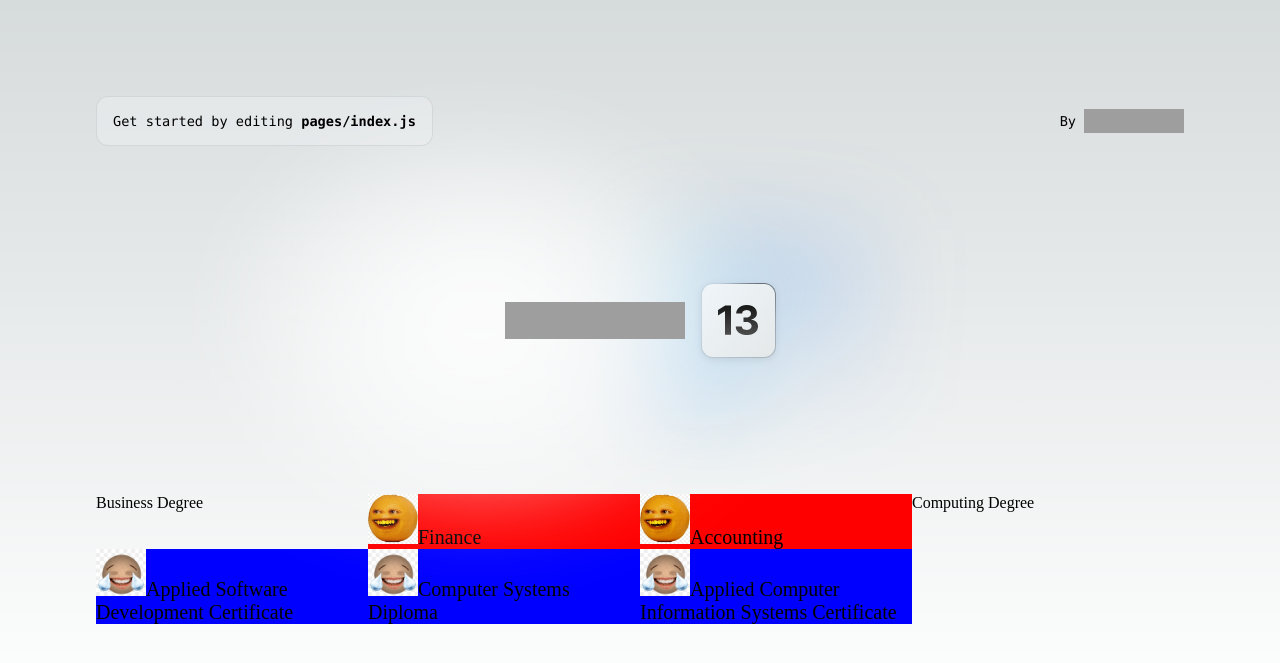
Repository: karthur1/class-example-3
Page: /
An editor plug-in stored every save of this project. The page is shown before and after the next save, followed by the edit.
The browser window is 1280 px wide. The pictures show the whole page.
Pictures or frames that could not be fetched are drawn as grey boxes. The project was rebuilt for these pictures with package versions that can differ from the ones it lists, and the page was loaded fresh each time. The framework's server and built-in components were replaced by stand-ins that run in the browser. Also part of the build but not shown: next.config.js.

Above is the page before, as saved 2023-01-16 11:31:27.

### pages/index.js
import Head from 'next/head'
import Image from 'next/image'
import { Inter } from '@next/font/google'
import styles from '@/styles/Home.module.css'
import data from '../data/education.json'
import {useState} from 'react'
import Card from '../components/Card'

const inter = Inter({ subsets: ['latin'] })

export default function Home() {

  console.log(data)
  const [information, setInformation] = useState([...data])
  console.log(information)

  return (
    <>
      <Head>
        <title>Create Next App</title>
        <meta name="description" content="Generated by create next app" />
        <meta name="viewport" content="width=device-width, initial-scale=1" />
        <link rel="icon" href="/favicon.ico" />
      </Head>
      <main className={styles.main}>
        <div className={styles.description}>
          <p>
            Get started by editing&nbsp;
            <code className={styles.code}>pages/index.js</code>
          </p>
          <div>
            <a
              href="https://vercel.com?utm_source=create-next-app&utm_medium=default-template&utm_campaign=create-next-app"
              target="_blank"
              rel="noopener noreferrer"
            >
              By{' '}
              <Image
                src="/vercel.svg"
                alt="Vercel Logo"
                className={styles.vercelLogo}
                width={100}
                height={24}
                priority
              />
            </a>
          </div>
        </div>

        <div className={styles.center}>
          <Image
            className={styles.logo}
            src="/next.svg"
            alt="Next.js Logo"
            width={180}
            height={37}
            priority
          />
          <div className={styles.thirteen}>
            <Image
              src="/thirteen.svg"
              alt="13"
              width={40}
              height={31}
              priority
            />
          </div>
        </div>

        <div className={styles.grid}>
          <div>Business Degree</div>
          {information && information.map((info, index) => {
            if(info.department === "Business") {
              return(
              <Card key={index} degree={info.degree} colour="red" font="20px"/>
            )
          }
        })}
                  <div>Computing Degree</div>
          {information && information.map((info, index) => {
            if(info.department === "Computing") {

             return(
              <Card key={index} degree={info.degree} colour="blue" font="20px"/>
             )
          }
        })}
        </div>
      </main>
    </>
  )
}

### styles/Home.module.css
.main {
  display: flex;
  flex-direction: column;
  justify-content: space-between;
  align-items: center;
  padding: 6rem;
  min-height: 100vh;
}

.description {
  display: inherit;
  justify-content: inherit;
  align-items: inherit;
  font-size: 0.85rem;
  max-width: var(--max-width);
  width: 100%;
  z-index: 2;
  font-family: var(--font-mono);
}

.description a {
  display: flex;
  justify-content: center;
  align-items: center;
  gap: 0.5rem;
}

.description p {
  position: relative;
  margin: 0;
  padding: 1rem;
  background-color: rgba(var(--callout-rgb), 0.5);
  border: 1px solid rgba(var(--callout-border-rgb), 0.3);
  border-radius: var(--border-radius);
}

.code {
  font-weight: 700;
  font-family: var(--font-mono);
}

.grid {
  display: grid;
  grid-template-columns: repeat(4, minmax(25%, auto));
  width: var(--max-width);
  max-width: 100%;
}



.card {
  padding: 1rem 1.2rem;
  border-radius: var(--border-radius);
  background: rgba(var(--card-rgb), 0);
  border: 1px solid rgba(var(--card-border-rgb), 0);
  transition: background 200ms, border 200ms;
}

.card span {
  display: inline-block;
  transition: transform 200ms;
}

.card h2 {
  font-weight: 600;
  margin-bottom: 0.7rem;
}

.card p {
  margin: 0;
  opacity: 0.6;
  font-size: 0.9rem;
  line-height: 1.5;
  max-width: 30ch;
}

.center {
  display: flex;
  justify-content: center;
  align-items: center;
  position: relative;
  padding: 4rem 0;
}

.center::before {
  background: var(--secondary-glow);
  border-radius: 50%;
  width: 480px;
  height: 360px;
  margin-left: -400px;
}

.center::after {
  background: var(--primary-glow);
  width: 240px;
  height: 180px;
  z-index: -1;
}

.center::before,
.center::after {
  content: '';
  left: 50%;
  position: absolute;
  filter: blur(45px);
  transform: translateZ(0);
}

.logo,
.thirteen {
  position: relative;
}

.thirteen {
  display: flex;
  justify-content: center;
  align-items: center;
  width: 75px;
  height: 75px;
  padding: 25px 10px;
  margin-left: 16px;
  transform: translateZ(0);
  border-radius: var(--border-radius);
  overflow: hidden;
  box-shadow: 0px 2px 8px -1px #0000001a;
}

.thirteen::before,
.thirteen::after {
  content: '';
  position: absolute;
  z-index: -1;
}

/* Conic Gradient Animation */
.thirteen::before {
  animation: 6s rotate linear infinite;
  width: 200%;
  height: 200%;
  background: var(--tile-border);
}

/* Inner Square */
.thirteen::after {
  inset: 0;
  padding: 1px;
  border-radius: var(--border-radius);
  background: linear-gradient(
    to bottom right,
    rgba(var(--tile-start-rgb), 1),
    rgba(var(--tile-end-rgb), 1)
  );
  background-clip: content-box;
}

/* Enable hover only on non-touch devices */
@media (hover: hover) and (pointer: fine) {
  .card:hover {
    background: rgba(var(--card-rgb), 0.1);
    border: 1px solid rgba(var(--card-border-rgb), 0.15);
  }

  .card:hover span {
    transform: translateX(4px);
  }
}

@media (prefers-reduced-motion) {
  .thirteen::before {
    animation: none;
  }

  .card:hover span {
    transform: none;
  }
}

/* Mobile */
@media (max-width: 700px) {
  .content {
    padding: 4rem;
  }

  .grid {
    grid-template-columns: 1fr;
    margin-bottom: 120px;
    max-width: 320px;
    text-align: center;
  }

  .card {
    padding: 1rem 2.5rem;
  }

  .card h2 {
    margin-bottom: 0.5rem;
  }

  .center {
    padding: 8rem 0 6rem;
  }

  .center::before {
    transform: none;
    height: 300px;
  }

  .description {
    font-size: 0.8rem;
  }

  .description a {
    padding: 1rem;
  }

  .description p,
  .description div {
    display: flex;
    justify-content: center;
    position: fixed;
    width: 100%;
  }

  .description p {
    align-items: center;
    inset: 0 0 auto;
    padding: 2rem 1rem 1.4rem;
    border-radius: 0;
    border: none;
    border-bottom: 1px solid rgba(var(--callout-border-rgb), 0.25);
    background: linear-gradient(
      to bottom,
      rgba(var(--background-start-rgb), 1),
      rgba(var(--callout-rgb), 0.5)
    );
    background-clip: padding-box;
    backdrop-filter: blur(24px);
  }

  .description div {
    align-items: flex-end;
    pointer-events: none;
    inset: auto 0 0;
    padding: 2rem;
    height: 200px;
    background: linear-gradient(
      to bottom,
      transparent 0%,
      rgb(var(--background-end-rgb)) 40%
    );
    z-index: 1;
  }
}

/* Tablet and Smaller Desktop */
@media (min-width: 701px) and (max-width: 1120px) {
  .grid {
    grid-template-columns: repeat(2, 50%);
  }
}

@media (prefers-color-scheme: dark) {
  .vercelLogo {
    filter: invert(1);
  }

  .logo,
  .thirteen img {
    filter: invert(1) drop-shadow(0 0 0.3rem #ffffff70);
  }
}

@keyframes rotate {
  from {
    transform: rotate(360deg);
  }
  to {
    transform: rotate(0deg);
  }
}

### data/education.json
[
        {
            "studentNumber": "A0004567",
            "firstName": "Person 1",
            "gpa": 3.8,
            "department": "Business",
            "degree": "Finance",
            "graduted": 2014
        },
        {
            "studentNumber": "A0001234",
            "firstName": "Person 2",
            "gpa": 3.5,
            "department": "Business",
            "degree": "Accounting",
            "graduted": 2010
        },
        {
            "studentNumber": "A0007890",
            "firstName": "Person 3",
            "gpa": 3.2,
            "department": "Computing",
            "degree": "Applied Software Development Certificate",
            "graduted": 2018
        },
        {
            "studentNumber": "A0007828",
            "firstName": "Person 4",
            "gpa": 3.9,
            "department": "Computing",
            "degree": "Computer Systems Diploma",
            "graduted": 2021
        },
        {
            "studentNumber": "A0003425",
            "firstName": "Person 5",
            "gpa": 3.2,
            "department": "Computing",
            "degree": "Applied Computer Information Systems Certificate",
            "graduted": 2021
        }
]

### components/Card/index.js
export default function Card( {
   degree = "none",
   colour = "purple",
   font = "0",
   images = "icons/icon3.png"

    }) {   return(
        <div style={{backgroundColor: colour, fontSize:font}}>
                {
                    colour === "red" ? <img src={'icons/icon2.png'} width="50"/>:
                    colour === "blue" ? <img src={'icons/icon3.jpg'} width="50"/>:
                                        <img src={images} width="50"/>
                }
                {degree}

        </div>
    )
}

Loaded but not shown: pages/_app.js (common file); pages/_document.js (common file); styles/globals.css (common file)

After the next save:
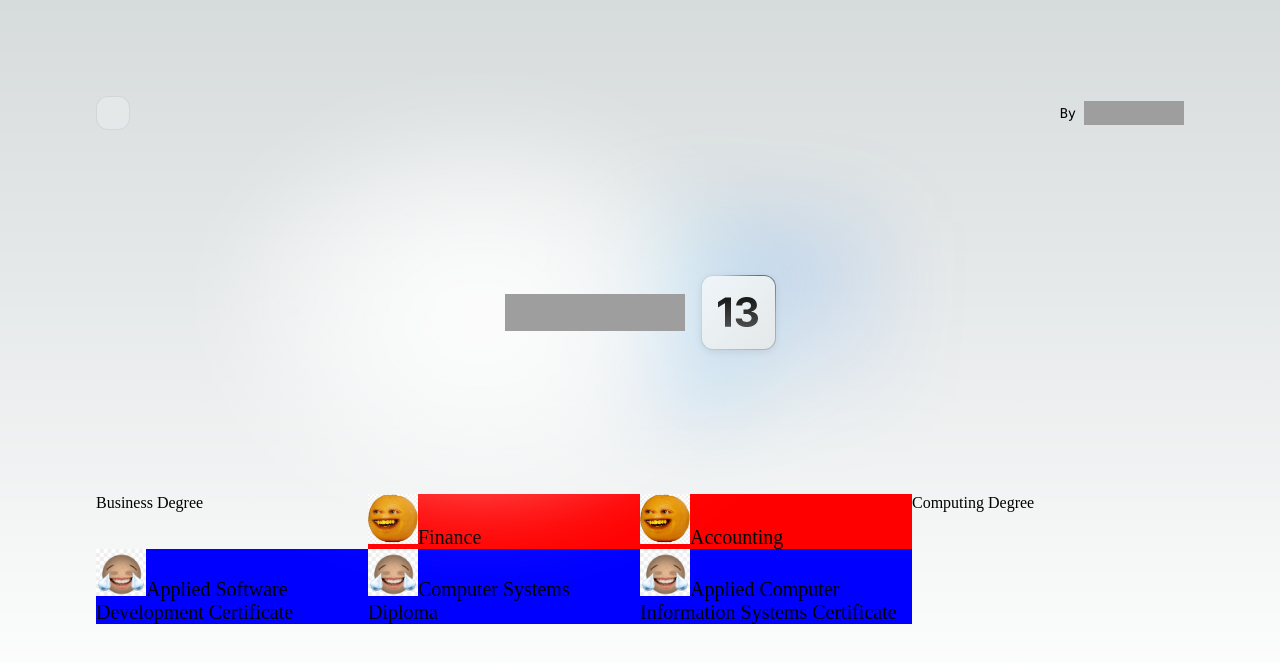
Saved 2 min 50 s later.
--- a/pages/index.js
+++ b/pages/index.js
@@ -5,6 +5,7 @@
 import data from '../data/education.json'
 import {useState} from 'react'
 import Card from '../components/Card'
+import link from 'next/link'
 
 const inter = Inter({ subsets: ['latin'] })
 
@@ -25,8 +26,8 @@
       <main className={styles.main}>
         <div className={styles.description}>
           <p>
-            Get started by editing&nbsp;
-            <code className={styles.code}>pages/index.js</code>
+
+
           </p>
           <div>
             <a
